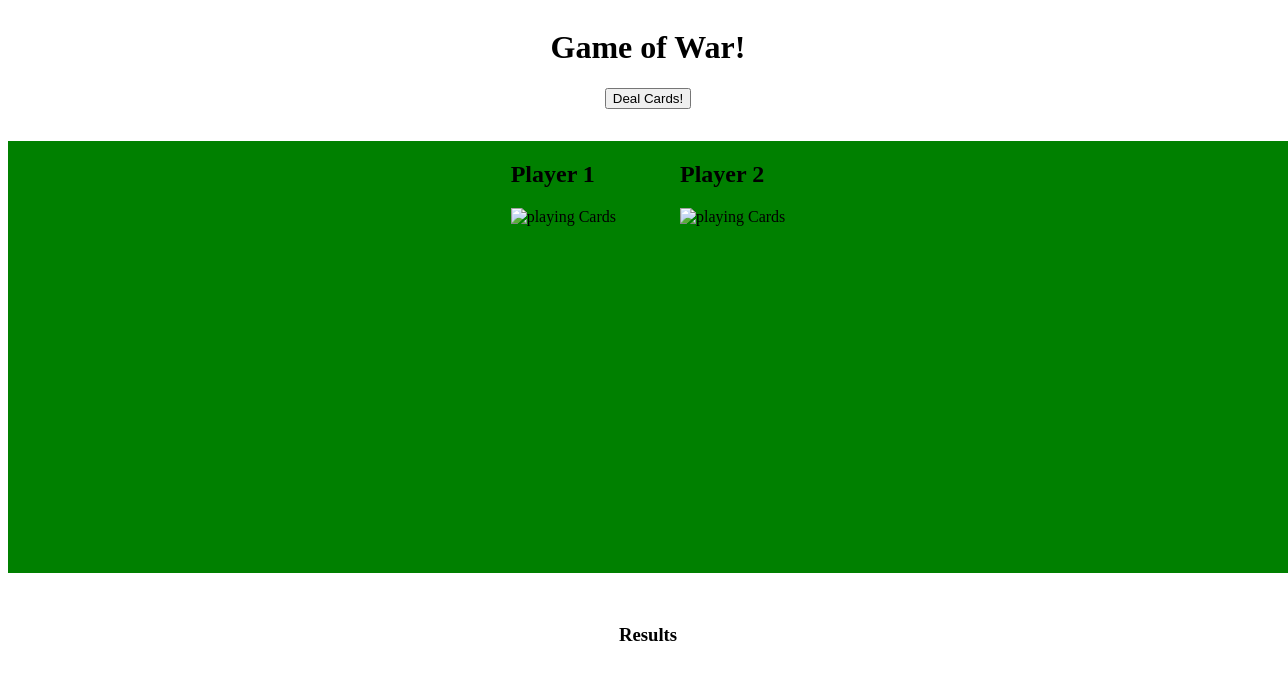
Repository: barroso2223/cakeByG
Page: index.html
These files come from the project's save history. The page is drawn as it stood at one moment and after the next save; the edit follows.
The browser window is 1280 px wide. The page is 1288 px wide, so the pictures cover 1288 px, including what lies to the right of the window. The pictures show the whole page.

Above is the page before, as saved 2024-10-11 15:21:48.

### index.html
<!DOCTYPE html>
<html lang="en">
<head>
    <meta charset="UTF-8">
    <meta name="viewport" content="width=device-width, initial-scale=1.0">
    <title>Game of War</title>
    <link rel="stylesheet" href="style.css">
</head>
<body>

    <h1>Game of War!</h1>

    <button>Deal Cards!</button>
    <div class="gameTable">
        <div class="players">
            <h2>Player 1</h2>
            <img id="player1" src="" alt="playing Cards">
        </div>
        <div class="players">
            <h2>Player 2</h2>
            <img id="player2" src="" alt="playing Cards">
        </div>
     </div>
     <h3>Results</h3>

    <script type="text/javascript" src="main.js"></script>
</body>
</html>

### style.css
body {
    display: grid;
    place-items: center;
}

.gameTable {
    display: flex;
    justify-content: center;
    align-content: center;
    background: green;
    width: 100dvw;
    height: 60dvh;
    gap: 4rem;
    margin: 2rem auto;
}

.players {
    display: flex;
    flex-direction: column;
}

img {
    width: auto;
    height: 200px;
}

Loaded but not shown: main.js (no copy from this time; the picture is the same without it)

After the next save:
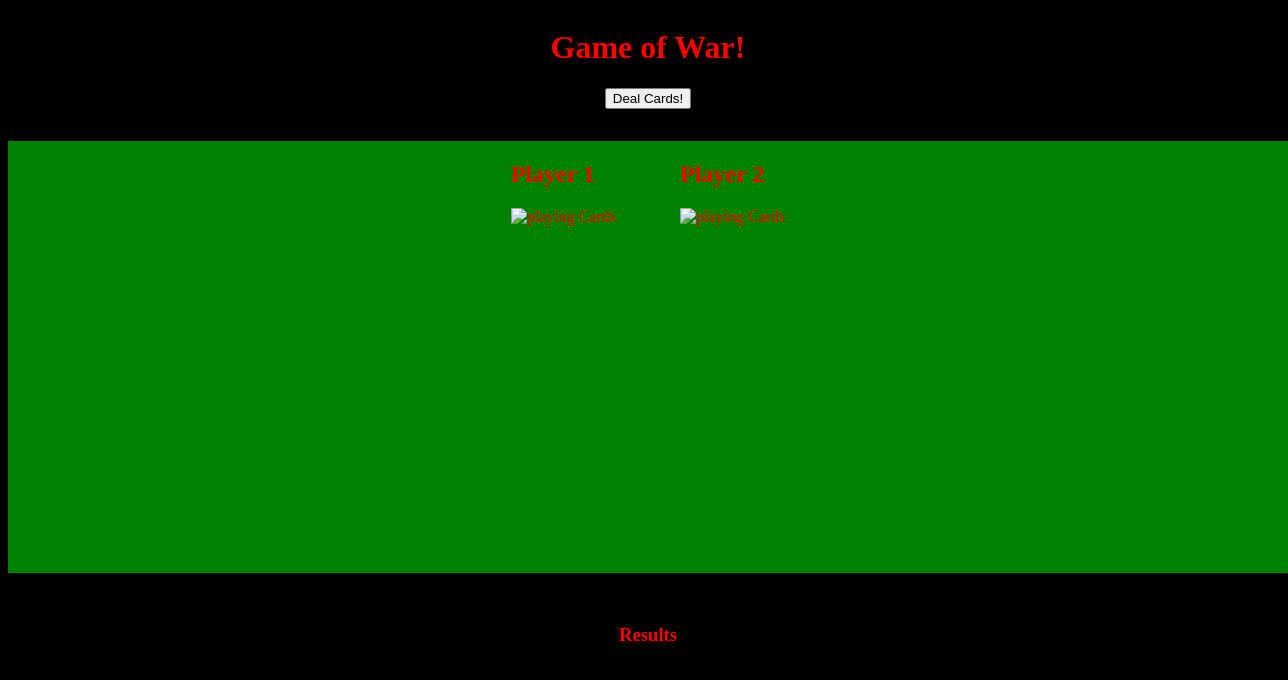
Saved 36 s later.
--- a/style.css
+++ b/style.css
@@ -1,6 +1,8 @@
 body {
     display: grid;
     place-items: center;
+    background: black;
+    color: red;
 }
 
 .gameTable {
